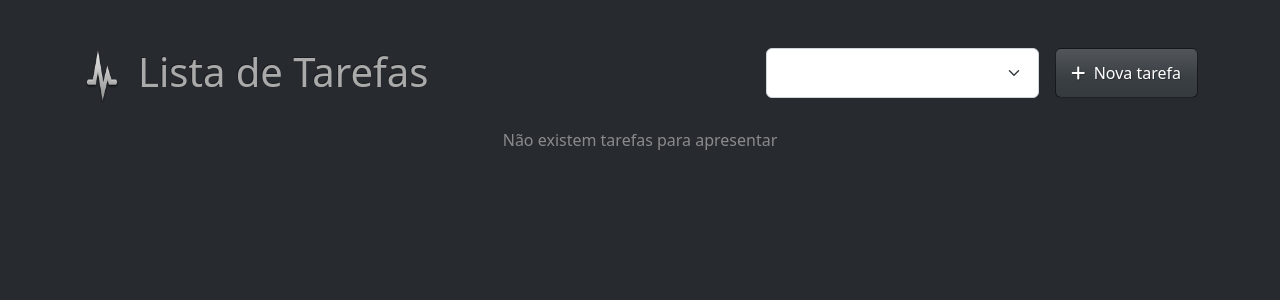
Repository: cargugati/lista_tarefas
Page: frontEnd/index.html
These files come from the project's save history. The page is drawn as it stood at one moment and after a run of saves; the edit follows.
The browser window is 1280 px wide. The pictures show the whole page.

Above is the page before, as saved 2023-03-18 20:26:53.

### frontEnd/index.html
<!DOCTYPE html>
<html lang="pt-br">

<head>
  <meta charset="UTF-8">
  <meta http-equiv="X-UA-Compatible" content="IE=edge">
  <meta name="viewport" content="width=device-width, initial-scale=1.0">
  <title>Lista de Tarefas</title>
  <link rel="stylesheet" href="./assets/css/bootstrap.min.css">
  <link rel="stylesheet" href="./assets/fontawesome/css/all.min.css">
  <link rel="shortcut icon" href="./assets/images/favicon.png" type="image/png">
</head>

<body>
  <div class="container my-5">

    <!-- cabeçalho -->
    <div class="row mb-4">
      <div class="col">
        <div class="d-flex justify-content-start">
          <img src="./assets/images/favicon.png" alt="Logo" class="img-fluid me-3" width="40px">
          <h1>Lista de Tarefas</h1>
        </div>

      </div>
      <div class="col text-end">
        <div class="d-flex justify-content-end">
          <select id="select_filter" class="form-select w-50 me-3">
            <option value=""></option>
            <option value="1">1</option>
          </select>
          <a href="new_task.html" class="btn btn-primary"><i class="fa-solid fa-plus me-2"></i>Nova tarefa</a>
        </div>
      </div>
    </div>

    <!-- aspecto visual de uma tarefa -->
    <div class="row">
      <div class="col-12"></div>
    </div>


    <!-- sem tarefa -->
    <div class="row " id="no_tasks">
      <div class="col text-center">
        <span class="opacity-75">Não existem tarefas para apresentar</span>
      </div>
    </div>
  </div>


  <script src="./assets/js/bootstrap.bundle.min.js"></script>
</body>

</html>

Loaded but not shown: frontEnd/assets/css/bootstrap.min.css (library); frontEnd/assets/fontawesome/css/all.min.css (library); frontEnd/assets/js/bootstrap.bundle.min.js (library)

After the next 2 saves:
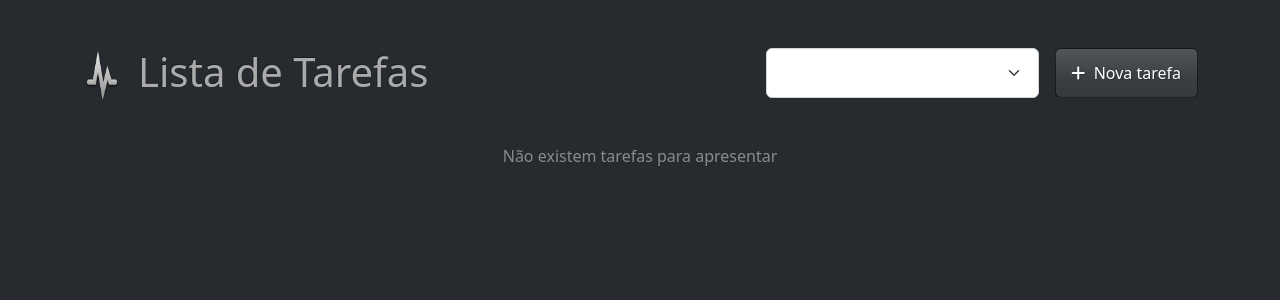
The 2 saves are shown as one change because they came seconds apart.
The last was saved 49 s later.
--- a/frontEnd/index.html
+++ b/frontEnd/index.html
@@ -35,8 +35,9 @@
     </div>
 
     <!-- aspecto visual de uma tarefa -->
-    <div class="row">
-      <div class="col-12"></div>
+    <div class="row mb-3">
+      <div class="col-12">
+      </div>
     </div>
 
 
